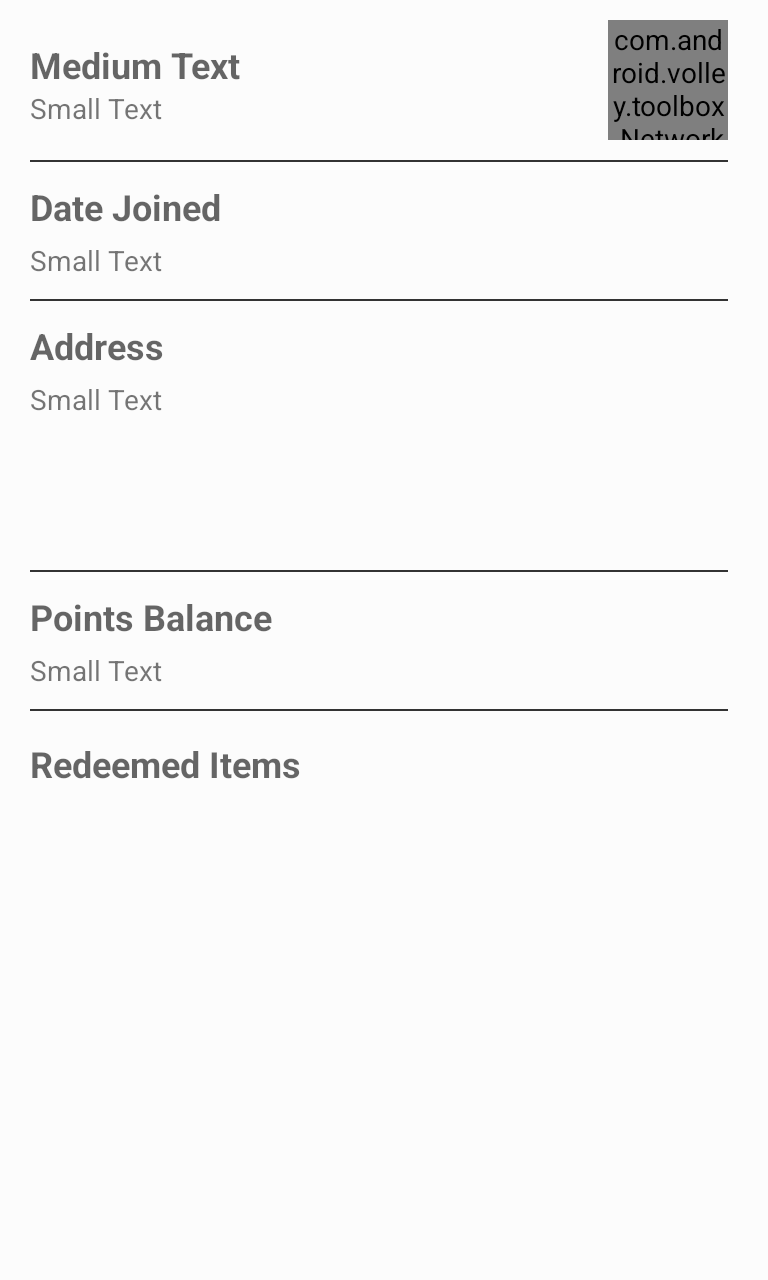
Repository: savindra/cutting-edge
Layout: Humzearch/res/layout/my_account.xml
These files come from the project's save history. The layout is drawn as it stood at one moment and after the next save; the edit follows.
Pictures or frames that could not be fetched are drawn as grey boxes. It is drawn on a 768 x 1280 px phone screen (xhdpi) without system bars, with theme AppTheme; the app's code is not run. Lists and similar views that code fills are empty.

Above is the layout before, as saved 2015-06-23 08:07:38.

### Humzearch/res/layout/my_account.xml
<?xml version="1.0" encoding="utf-8"?>
<ScrollView xmlns:android="http://schemas.android.com/apk/res/android"
    android:layout_width="fill_parent"
    android:layout_height="fill_parent"
    android:fillViewport="true" >

<RelativeLayout
    android:id="@+id/RelativeLayout1"
    android:layout_width="match_parent"
    android:layout_height="match_parent"
    android:background="@color/background"
    android:orientation="vertical" >

    <TextView
        android:id="@+id/txtMyAccountName"
        android:layout_width="wrap_content"
        android:layout_height="wrap_content"
        android:layout_alignParentLeft="true"
        android:layout_alignParentTop="true"
        android:layout_marginLeft="15dp"
        android:layout_marginTop="20dp"
        android:layout_toLeftOf="@+id/imgMyAccountUser"
        android:text="Medium Text"
        android:textAppearance="?android:attr/textAppearanceMedium"
        android:textStyle="bold" />

    <TextView
        android:id="@+id/txtMyAccountEmail"
        android:layout_width="wrap_content"
        android:layout_height="wrap_content"
        android:layout_alignLeft="@+id/txtMyAccountName"
        android:layout_below="@+id/txtMyAccountName"
        android:layout_toLeftOf="@+id/imgMyAccountUser"
        android:text="Small Text"
        android:textAppearance="?android:attr/textAppearanceSmall" />

    <com.android.volley.toolbox.NetworkImageView
        android:id="@+id/imgMyAccountUser"
        android:layout_width="60dp"
        android:layout_height="60dp"
        android:layout_alignParentRight="true"
        android:layout_alignParentTop="true"
        android:layout_marginRight="20dp"
        android:layout_marginTop="10dp"
        android:src="@drawable/ic_default_user" />

    <ImageView
        android:id="@+id/imageView2"
        android:layout_width="match_parent"
        android:layout_height="1dp"
        android:layout_alignLeft="@+id/txtMyAccountEmail"
        android:layout_below="@+id/imgMyAccountUser"
        android:layout_marginRight="20dp"
        android:layout_marginTop="10dp"
        android:src="@drawable/color_cursor" />

    <TextView
        android:id="@+id/textView3"
        android:layout_width="wrap_content"
        android:layout_height="wrap_content"
        android:layout_alignLeft="@+id/txtMyAccountEmail"
        android:layout_below="@+id/imageView2"
        android:layout_marginTop="10dp"
        android:text="@string/datejoined"
        android:textAppearance="?android:attr/textAppearanceMedium"
        android:textStyle="bold"/>

    <TextView
        android:id="@+id/txtMyAccountDateJoined"
        android:layout_width="wrap_content"
        android:layout_height="wrap_content"
        android:layout_alignLeft="@+id/textView3"
        android:layout_below="@+id/textView3"
        android:layout_marginTop="5dp"
        android:text="Small Text"
        android:textAppearance="?android:attr/textAppearanceSmall" />

    <ImageView
        android:id="@+id/imageView3"
        android:layout_width="match_parent"
        android:layout_height="1dp"
        android:layout_alignLeft="@+id/txtMyAccountDateJoined"
        android:layout_below="@+id/txtMyAccountDateJoined"
        android:layout_marginRight="20dp"
        android:layout_marginTop="10dp"
        android:src="@drawable/color_cursor" />

    <TextView
        android:id="@+id/textView5"
        android:layout_width="wrap_content"
        android:layout_height="wrap_content"
        android:layout_alignLeft="@+id/txtMyAccountDateJoined"
        android:layout_below="@+id/imageView3"
        android:layout_marginTop="10dp"
        android:text="@string/address"
        android:textAppearance="?android:attr/textAppearanceMedium"
        android:textStyle="bold"/>

    <TextView
        android:id="@+id/txtMyAccountAddress"
        android:layout_width="wrap_content"
        android:layout_height="wrap_content"
        android:layout_alignLeft="@+id/textView5"
        android:layout_below="@+id/textView5"
        android:layout_marginTop="5dp"
        android:text="Small Text"
        android:textAppearance="?android:attr/textAppearanceSmall" />

    <ImageView
        android:id="@+id/imageView4"
        android:layout_width="match_parent"
        android:layout_height="1dp"
        android:layout_alignLeft="@+id/textView5"
        android:layout_below="@+id/textView5"
        android:layout_centerVertical="true"
        android:layout_marginRight="20dp"
        android:layout_marginTop="100dp"
        android:src="@drawable/color_cursor" />

    <TextView
        android:id="@+id/textView7"
        android:layout_width="wrap_content"
        android:layout_height="wrap_content"
        android:layout_alignLeft="@+id/txtMyAccountAddress"
        android:layout_below="@+id/imageView4"
        android:layout_marginTop="10dp"
        android:text="@string/pointsbalance"
        android:textAppearance="?android:attr/textAppearanceMedium"
        android:textStyle="bold"/>

    <TextView
        android:id="@+id/txtMyAccountPoints"
        android:layout_width="wrap_content"
        android:layout_height="wrap_content"
        android:layout_alignLeft="@+id/textView7"
        android:layout_below="@+id/textView7"
        android:layout_marginTop="5dp"
        android:text="Small Text"
        android:textAppearance="?android:attr/textAppearanceSmall" />

    <ImageView
        android:id="@+id/imageView5"
        android:layout_width="match_parent"
        android:layout_height="1dp"
        android:layout_alignLeft="@+id/txtMyAccountPoints"
        android:layout_below="@+id/txtMyAccountPoints"
        android:layout_marginRight="20dp"
        android:layout_marginTop="10dp"
        android:src="@drawable/color_cursor" />

    <TextView
        android:id="@+id/textView9"
        android:layout_width="wrap_content"
        android:layout_height="wrap_content"
        android:layout_alignLeft="@+id/txtMyAccountPoints"
        android:layout_below="@+id/txtMyAccountPoints"
        android:layout_marginTop="25dp"
        android:text="@string/redeemitems"
        android:textAppearance="?android:attr/textAppearanceMedium"
        android:textStyle="bold" />

    <ListView
        android:id="@+id/listMyAccountReward"
        android:layout_width="wrap_content"
        android:layout_height="match_parent"
        android:layout_below="@+id/textView9"
        android:layout_marginLeft="20dp"
        android:layout_marginRight="20dp"
        android:layout_marginTop="10dip" />

</RelativeLayout>
</ScrollView>

### Humzearch/res/values-v21/style.xml
<?xml version="1.0" encoding="utf-8"?>
<resources>
    <style name="AppTheme" parent="AppTheme.Base">
        <!-- Customize your theme using Material Design here. -->
    </style>
</resources>

### Humzearch/res/values/styles.xml
<resources>

    <!-- Base application theme. -->
    <style name="AppTheme" parent="AppTheme.Base"/>

    <style name="AppTheme.Base" parent="Theme.AppCompat.Light.DarkActionBar">
        <!-- Customize your theme here. -->

        <!-- colorPrimary is used for the default action bar background -->
        <item name="colorPrimary">@color/ColorPrimary</item>

        <!-- colorPrimaryDark is used for the status bar -->
        <item name="colorPrimaryDark">@color/ColorPrimaryDark</item>

        <!-- colorAccent is used as the default value for colorControlActivated
             which is used to tint widgets -->

        <!-- You can also set colorControlNormal, colorControlActivated
             colorControlHighlight & colorSwitchThumbNormal. -->

        <item name="homeAsUpIndicator">@drawable/ic_drawer</item>
		<item name="android:homeAsUpIndicator">@drawable/ic_drawer</item>
    </style>

    <style name="AppTheme.NoTitleBar" parent="Theme.AppCompat.Light.NoActionBar">
        <!-- Customize your theme here. -->

        <!-- colorPrimary is used for the default action bar background -->
        <item name="colorPrimary">@color/ColorPrimary</item>

        <!-- colorPrimaryDark is used for the status bar -->
        <item name="colorPrimaryDark">@color/ColorPrimaryDark</item>

        <!-- colorAccent is used as the default value for colorControlActivated
             which is used to tint widgets -->

        <!-- You can also set colorControlNormal, colorControlActivated
             colorControlHighlight & colorSwitchThumbNormal. -->
    </style>

    <style name="AppTheme.BackButton" parent="Theme.AppCompat.Light.DarkActionBar">
        <!-- Customize your theme here. -->

        <!-- colorPrimary is used for the default action bar background -->
        <item name="colorPrimary">@color/ColorPrimary</item>

        <!-- colorPrimaryDark is used for the status bar -->
        <item name="colorPrimaryDark">@color/ColorPrimaryDark</item>

        <!-- colorAccent is used as the default value for colorControlActivated
             which is used to tint widgets -->

        <!-- You can also set colorControlNormal, colorControlActivated
             colorControlHighlight & colorSwitchThumbNormal. -->
    </style>

    <style name="toolbar_bottom" parent="Widget.AppCompat.Toolbar">
    	<item name="contentInsetStart">0dp</item>
    	<item name="contentInsetEnd">0dp</item>
	</style>

</resources>

### Humzearch/res/values/color.xml
<?xml version="1.0" encoding="utf-8"?>
<resources>
    <color name="ColorPrimary">#e62117</color>
    <color name="ColorPrimaryDark">#c31c13</color>
    <color name="tabsScrollColor">#8a140e</color>
    <color name="fontblack">#000</color>

    <!-- Main menu colors -->
    <color name="list_item_title">#303030</color>
    <color name="list_background">#eee</color>
    <color name="list_background_pressed">#aaa</color>
    <color name="counter_text_bg">#626262</color>
    <color name="counter_text_color">#c5c4c4</color>

    <color name="button">#ccc</color>

    <color name="link">#909090</color>
    <color name="secondbar">#f5f5f5</color>
    <color name="background">#fcfcfc</color>

    <color name="list_divider">#d9d9d9</color>
    <color name="list_row_start_color">#ffffff</color>
    <color name="list_row_end_color">#ffffff</color>
    <color name="list_row_hover_start_color">#ebeef0</color>
    <color name="list_row_hover_end_color">#ebeef0</color>

</resources>

### Humzearch/res/drawable/color_cursor.xml
<?xml version="1.0" encoding="utf-8"?>
<shape xmlns:android="http://schemas.android.com/apk/res/android" >
    <size android:width="2dp" />
    <solid android:color="#333"  />
</shape>

### Humzearch/res/values/strings.xml
<?xml version="1.0" encoding="utf-8"?>
<resources>

    <string name="app_name">Humzearch</string>
    <string name="hello_world">Hello world!</string>
    <string name="action_settings">Settings</string>
    <string name="username">Username</string>
    <string name="email">Email</string>
    <string name="password">Password</string>
    <string name="login">Login</string>
    <string name="firstname">First Name</string>
    <string name="fullname">Full Name</string>
    <string name="firstandlast">First and Last Name</string>
    <string name="passwordhint">At least 6 characters</string>
    <string name="confirmpass">Confirm Password</string>
    <string name="logout">Logout</string>

    <!-- Nav Drawer Menu Items -->
    <string-array name="main_menu_items">
        <item ></item>
        <item >Record Tune</item>
        <item >View Tunes</item>
        <item >View Responses</item>
        <item >Rewards</item>
        <item >My Account</item>
    </string-array>

    <!-- Nav Drawer List Item Icons -->
    <array name="main_menu_icons">
        <item>@drawable/ic_recordtune</item>
        <item>@drawable/ic_viewtune</item>
        <item>@drawable/ic_viewresponse</item>
        <item>@drawable/ic_reward</item>
        <item>@drawable/ic_myaccount</item>
    </array>

    <string name="desc_list_item_icon">Item Icon</string>

    <string name="timerstart">00:00</string>

    <string name="taptorecord">Tap to Record</string>

    <string name="playpreview">Play Preview</string>

    <string name="notsatisfied">Not satisfied with results?</string>

    <string name="sharewithcommunity">SHARE WITH COMMUNITY</string>

    <!-- Language List -->
    <string-array name="language_array">
        <item>-- Not Selected --</item>
        <item>English</item>
        <item>Chinese/Mandarin</item>
        <item>Spanish</item>
        <item>Arabic</item>
        <item>Hindi</item>
        <item>Russain</item>
        <item>Sinhalese</item>
    </string-array>

    <!-- Country List -->
    <string-array name="countries_array">
        <item>Not Selected</item>
	    <item>Afghanistan</item>
	    <item>Albania</item>
	    <item>Algeria</item>
	    <item>American Samoa</item>
	    <item>Andorra</item>
	    <item>Angola</item>
	    <item>Anguilla</item>
	    <item>Antarctica</item>
	    <item>Antigua and Barbuda</item>
	    <item>Argentina</item>
	    <item>Armenia</item>
	    <item>Aruba</item>
	    <item>Australia</item>
	    <item>Austria</item>
	    <item>Azerbaijan</item>
	    <item>Bahrain</item>
	    <item>Bangladesh</item>
	    <item>Barbados</item>
	    <item>Belarus</item>
	    <item>Belgium</item>
	    <item>Belize</item>
	    <item>Benin</item>
	    <item>Bermuda</item>
	    <item>Bhutan</item>
	    <item>Bolivia</item>
	    <item>Bosnia and Herzegovina</item>
	    <item>Botswana</item>
	    <item>Bouvet Island</item>
	    <item>Brazil</item>
	    <item>British Indian Ocean Territory</item>
	    <item>British Virgin Islands</item>
	    <item>Brunei</item>
	    <item>Bulgaria</item>
	    <item>Burkina Faso</item>
	    <item>Burundi</item>
	    <item>Cambodia</item>
	    <item>Cameroon</item>
	    <item>Canada</item>
	    <item>Cape Verde</item>
	    <item>Cayman Islands</item>
	    <item>Central African Republic</item>
	    <item>Chad</item>
	    <item>Chile</item>
	    <item>China</item>
	    <item>Christmas Island</item>
	    <item>Cocos (Keeling) Islands</item>
	    <item>Colombia</item>
	    <item>Comoros</item>
	    <item>Congo</item>
	    <item>Cook Islands</item>
	    <item>Costa Rica</item>
	    <item>Cote d\'Ivoire</item>
	    <item>Croatia</item>
	    <item>Cuba</item>
	    <item>Cyprus</item>
	    <item>Czech Republic</item>
	    <item>Democratic Republic of the Congo</item>
	    <item>Denmark</item>
	    <item>Djibouti</item>
	    <item>Dominica</item>
	    <item>Dominican Republic</item>
	    <item>East Timor</item>
	    <item>Ecuador</item>
	    <item>Egypt</item>
	    <item>El Salvador</item>
	    <item>Equatorial Guinea</item>
	    <item>Eritrea</item>
	    <item>Estonia</item>
	    <item>Ethiopia</item>
	    <item>Faeroe Islands</item>
	    <item>Falkland Islands</item>
	    <item>Fiji</item>
	    <item>Finland</item>
	    <item>Former Yugoslav Republic of Macedonia</item>
	    <item>France</item>
	    <item>French Guiana</item>
	    <item>French Polynesia</item>
	    <item>French Southern Territories</item>
	    <item>Gabon</item>
	    <item>Georgia</item>
	    <item>Germany</item>
	    <item>Ghana</item>
	    <item>Gibraltar</item>
	    <item>Greece</item>
	    <item>Greenland</item>
	    <item>Grenada</item>
	    <item>Guadeloupe</item>
	    <item>Guam</item>
	    <item>Guatemala</item>
	    <item>Guinea</item>
	    <item>Guinea-Bissau</item>
	    <item>Guyana</item>
	    <item>Haiti</item>
	    <item>Heard Island and McDonald Islands</item>
	    <item>Honduras</item>
	    <item>Hong Kong</item>
	    <item>Hungary</item>
	    <item>Iceland</item>
	    <item>India</item>
	    <item>Indonesia</item>
	    <item>Iran</item>
	    <item>Iraq</item>
	    <item>Ireland</item>
	    <item>Israel</item>
	    <item>Italy</item>
	    <item>Jamaica</item>
	    <item>Japan</item>
	    <item>Jordan</item>
	    <item>Kazakhstan</item>
	    <item>Kenya</item>
	    <item>Kiribati</item>
	    <item>Kuwait</item>
	    <item>Kyrgyzstan</item>
	    <item>Laos</item>
	    <item>Latvia</item>
	    <item>Lebanon</item>
	    <item>Lesotho</item>
	    <item>Liberia</item>
	    <item>Libya</item>
	    <item>Liechtenstein</item>
	    <item>Lithuania</item>
	    <item>Luxembourg</item>
	    <item>Macau</item>
	    <item>Madagascar</item>
	    <item>Malawi</item>
	    <item>Malaysia</item>
	    <item>Maldives</item>
	    <item>Mali</item>
	    <item>Malta</item>
	    <item>Marshall Islands</item>
	    <item>Martinique</item>
	    <item>Mauritania</item>
	    <item>Mauritius</item>
	    <item>Mayotte</item>
	    <item>Mexico</item>
	    <item>Micronesia</item>
	    <item>Moldova</item>
	    <item>Monaco</item>
	    <item>Mongolia</item>
	    <item>Montenegro</item>
	    <item>Montserrat</item>
	    <item>Morocco</item>
	    <item>Mozambique</item>
	    <item>Myanmar</item>
	    <item>Namibia</item>
	    <item>Nauru</item>
	    <item>Nepal</item>
	    <item>Netherlands</item>
	    <item>Netherlands Antilles</item>
	    <item>New Caledonia</item>
	    <item>New Zealand</item>
	    <item>Nicaragua</item>
	    <item>Niger</item>
	    <item>Nigeria</item>
	    <item>Niue</item>
	    <item>Norfolk Island</item>
	    <item>North Korea</item>
	    <item>Northern Marianas</item>
	    <item>Norway</item>
	    <item>Oman</item>
	    <item>Pakistan</item>
	    <item>Palau</item>
	    <item>Panama</item>
	    <item>Papua New Guinea</item>
	    <item>Paraguay</item>
	    <item>Peru</item>
	    <item>Philippines</item>
	    <item>Pitcairn Islands</item>
	    <item>Poland</item>
	    <item>Portugal</item>
	    <item>Puerto Rico</item>
	    <item>Qatar</item>
	    <item>Reunion</item>
	    <item>Romania</item>
	    <item>Russia</item>
	    <item>Rwanda</item>
	    <item>Sqo Tome and Principe</item>
	    <item>Saint Helena</item>
	    <item>Saint Kitts and Nevis</item>
	    <item>Saint Lucia</item>
	    <item>Saint Pierre and Miquelon</item>
	    <item>Saint Vincent and the Grenadines</item>
	    <item>Samoa</item>
	    <item>San Marino</item>
	    <item>Saudi Arabia</item>
	    <item>Senegal</item>
	    <item>Serbia</item>
	    <item>Seychelles</item>
	    <item>Sierra Leone</item>
	    <item>Singapore</item>
	    <item>Slovakia</item>
	    <item>Slovenia</item>
	    <item>Solomon Islands</item>
	    <item>Somalia</item>
	    <item>South Africa</item>
	    <item>South Georgia and the South Sandwich Islands</item>
	    <item>South Korea</item>
	    <item>South Sudan</item>
	    <item>Spain</item>
	    <item>Sri Lanka</item>
	    <item>Sudan</item>
	    <item>Suriname</item>
	    <item>Svalbard and Jan Mayen</item>
	    <item>Swaziland</item>
	    <item>Sweden</item>
	    <item>Switzerland</item>
	    <item>Syria</item>
	    <item>Taiwan</item>
	    <item>Tajikistan</item>
	    <item>Tanzania</item>
	    <item>Thailand</item>
	    <item>The Bahamas</item>
	    <item>The Gambia</item>
	    <item>Togo</item>
	    <item>Tokelau</item>
	    <item>Tonga</item>
	    <item>Trinidad and Tobago</item>
	    <item>Tunisia</item>
	    <item>Turkey</item>
	    <item>Turkmenistan</item>
	    <item>Turks and Caicos Islands</item>
	    <item>Tuvalu</item>
	    <item>Virgin Islands</item>
	    <item>Uganda</item>
	    <item>Ukraine</item>
	    <item>United Arab Emirates</item>
	    <item>United Kingdom</item>
	    <item>United States</item>
	    <item>United States Minor Outlying Islands</item>
	    <item>Uruguay</item>
	    <item>Uzbekistan</item>
	    <item>Vanuatu</item>
	    <item>Vatican City</item>
	    <item>Venezuela</item>
	    <item>Vietnam</item>
	    <item>Wallis and Futuna</item>
	    <item>Western Sahara</item>
	    <item>Yemen</item>
	    <item>Yugoslavia</item>
	    <item>Zambia</item>
	    <item>Zimbabwe</item>
 	</string-array>
	    <string name="artist">Artist</string>
	    <string name="language">Language</string>
	    <string name="country">Country</string>
	    <string name="year">Year</string>
	    <string name="share">SHARE</string>
	    <string name="playtune">Play Tune</string>
	    <string name="addresponse">ADD RESPONSE</string>
	    <string name="title">Title</string>
	    <string name="alltunes">All Tunes</string>
	    <string name="mytunes">My Tunes</string>
	    <string name="deletepermanently">Delete Permanently</string>
	    <string name="respondedtune">Responded Tune</string>
	    <string name="accept">Accept</string>
	    <string name="reject">REJECT</string>
	    <string name="redeem">REDEEM</string>
	    <string name="redeemitems">Redeemed Items</string>
	    <string name="pointsbalance">Points Balance</string>
	    <string name="address">Address</string>
	    <string name="datejoined">Date Joined</string>
	    <string name="changeimage">CHANGE IMAGE</string>
	    <string name="addressline1">Address Line 1</string>
	    <string name="addressline2">Address Line 2</string>
	    <string name="city">City</string>
	    <string name="postcode">Postcode</string>
	    <string name="addedit">ADD/EDIT</string>
	    <string name="noresults">No Results</string>

</resources>

After the next save:
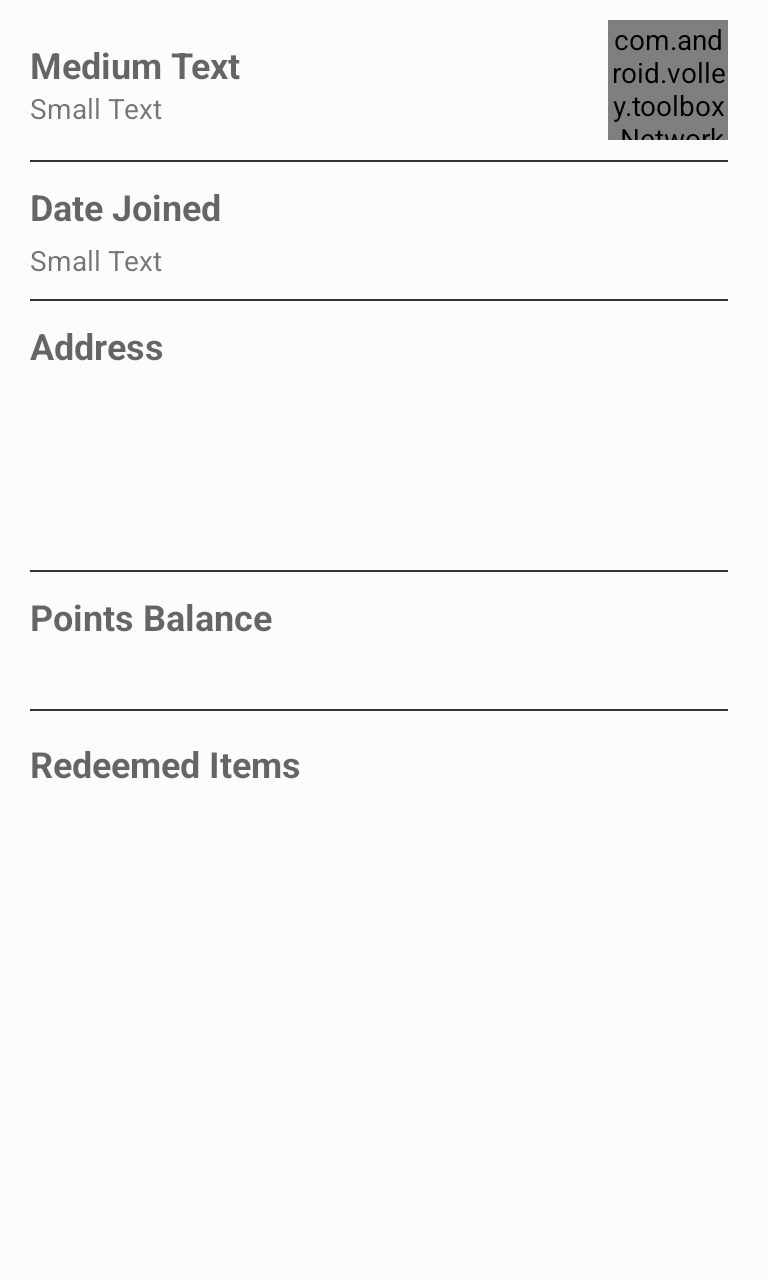
Saved 11 min 45 s later.
--- a/Humzearch/res/layout/my_account.xml
+++ b/Humzearch/res/layout/my_account.xml
@@ -103,7 +103,6 @@
         android:layout_alignLeft="@+id/textView5"
         android:layout_below="@+id/textView5"
         android:layout_marginTop="5dp"
-        android:text="Small Text"
         android:textAppearance="?android:attr/textAppearanceSmall" />
 
     <ImageView
@@ -135,7 +134,6 @@
         android:layout_alignLeft="@+id/textView7"
         android:layout_below="@+id/textView7"
         android:layout_marginTop="5dp"
-        android:text="Small Text"
         android:textAppearance="?android:attr/textAppearanceSmall" />
 
     <ImageView
